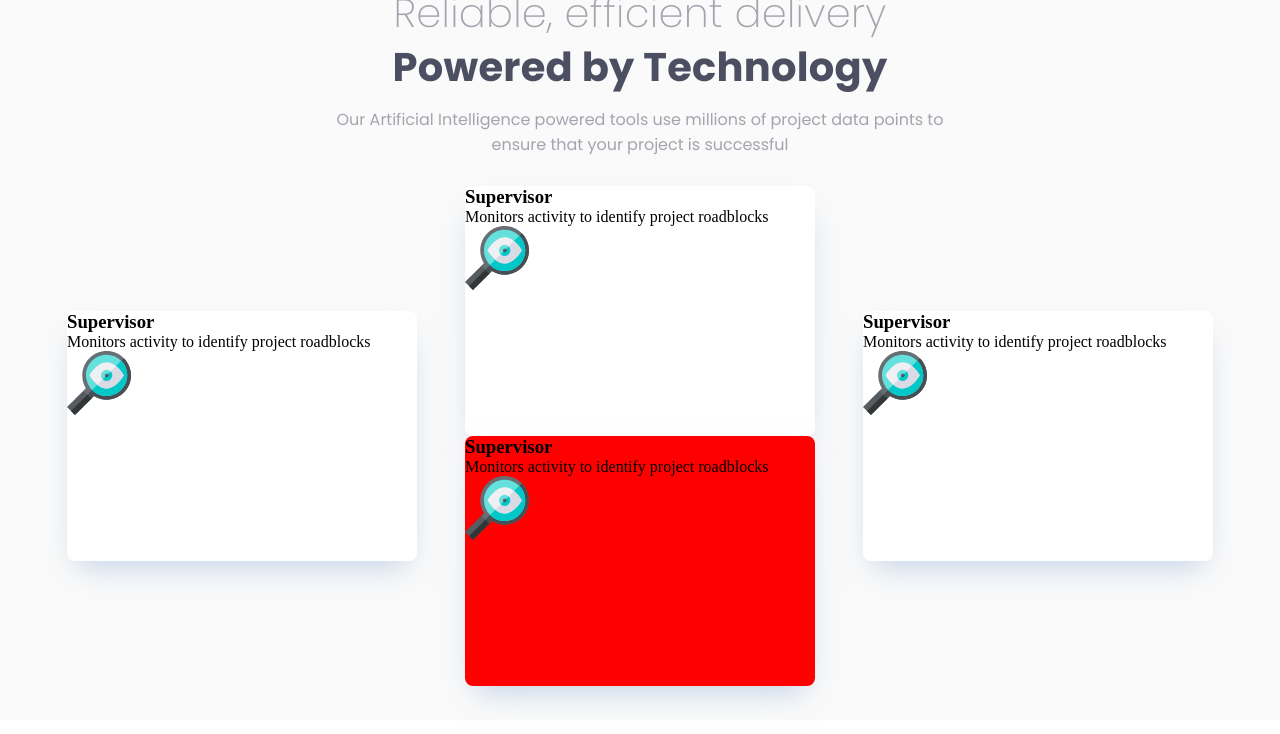
Repository: brandontaylor1/four-card-feature
Page: index.html
The author's editor kept a copy of each file at every save. The page is drawn from the files as they stood at one save, then again after the next save.
The browser window is 1280 px wide. The pictures show the whole page.

Above is the page before, as saved 2025-01-09 23:10:03.

### index.html
<!DOCTYPE html>
<html lang="en">
<head>
    <meta charset="UTF-8">
    <meta name="viewport" content="width=device-width, initial-scale=1.0">
    <link rel="preconnect" href="https://fonts.googleapis.com">
    <link rel="preconnect" href="https://fonts.gstatic.com" crossorigin>
    <link href="https://fonts.googleapis.com/css2?family=Poppins:ital,wght@0,100;0,200;0,300;0,400;0,500;0,600;0,700;0,800;0,900;1,100;1,200;1,300;1,400;1,500;1,600;1,700;1,800;1,900&display=swap" rel="stylesheet">
    <link rel="stylesheet" href="styles.css">
    <title>Four Card Feature</title>
</head>
<body>
    <main class="container">
        <section class="page-content">
            <h1>Reliable, efficient delivery</h1>
            <h2>Powered by Technology</h2>
            <p>Our Artificial Intelligence powered tools use millions of project data points to ensure that your project is successful</p>
        </section>
        <section class="column-container">
            <div class="card-column">
                <div class="card">
                    <h3>Supervisor</h3>
                    <p>Monitors activity to identify project roadblocks</p>
                    <img src="./assets/images/icon-supervisor.svg" alt="Supervisor Icon">
                </div>
            </div>

            <div class="card-column">
                <div class="card">
                    <h3>Supervisor</h3>
                    <p>Monitors activity to identify project roadblocks</p>
                    <img src="./assets/images/icon-supervisor.svg" alt="Supervisor Icon">
                </div>
                <div class="card">
                    <h3>Supervisor</h3>
                    <p>Monitors activity to identify project roadblocks</p>
                    <img src="./assets/images/icon-supervisor.svg" alt="Supervisor Icon">
                </div>
            </div>

            <div class="card-column">
                <div class="card">
                    <h3>Supervisor</h3>
                    <p>Monitors activity to identify project roadblocks</p>
                    <img src="./assets/images/icon-supervisor.svg" alt="Supervisor Icon">
                </div>
            </div>
        </section>
    </main>

</body>
</html>

### styles.css
* {
    margin: 0;
    padding: 0;
    box-sizing: border-box;
}

:root {
    --primary-red: hsl(0, 78%, 62%);
    --primary-cyan: hsl(180, 62%, 55%);
    --primary-orange: hsl(34, 97%, 64%);
    --primary-blue: hsl(212, 86%, 64%);

    --secondary-dark-blue: hsl(234, 12%, 34%);
    --secondary-grayish-blue: hsl(229, 6%, 66%);
    --secondary-light-gray: hsl(0, 0%, 98%);
}

.container {
    height: 100vh;
    display: flex;
    align-items: center;
    justify-content: center;
    flex-direction: column;
    background-color: #FAFAFA;
}

.page-content {
    display: flex;
    flex-direction: column;
    align-items: center;
    justify-content: space-between;
    height: 150px;
    width: 650px;
    margin-bottom: 50px;
}

.page-content h1 {
    font-size: 2.5rem;
    font-family: "Poppins", sans-serif;
    font-weight: 200;
    line-height: 54px;
    letter-spacing: .25px;
    color: var(--secondary-grayish-blue);
}

.page-content h2 {
    font-size: 2.5rem;
    font-family: "Poppins", sans-serif;
    font-weight: 700;
    line-height: 54px;
    letter-spacing: .25px;
    color: var(--secondary-dark-blue);
    margin-bottom: 13px;
}

.page-content p {
    font-size: 1rem;
    font-family: "Poppins", sans-serif;
    font-weight: 400;
    line-height: 25px;
    text-align: center;
    color: var(--secondary-grayish-blue);

}

.column-container {
    display: grid;
    justify-content: center;
    align-items: center;
    grid-template-columns: repeat(3, 1fr);
    grid-template-rows: repeat(2, auto);
    gap: 3rem;
}

.card:nth-child(2) {
    background-color: red;
}

.card {
    width: 350px;
    height: 250px;
    border-radius: 0.5rem;
    background: #FFF;
    box-shadow: 0px 15px 30px -11px rgba(131, 166, 210, 0.50);
}

After the next save:
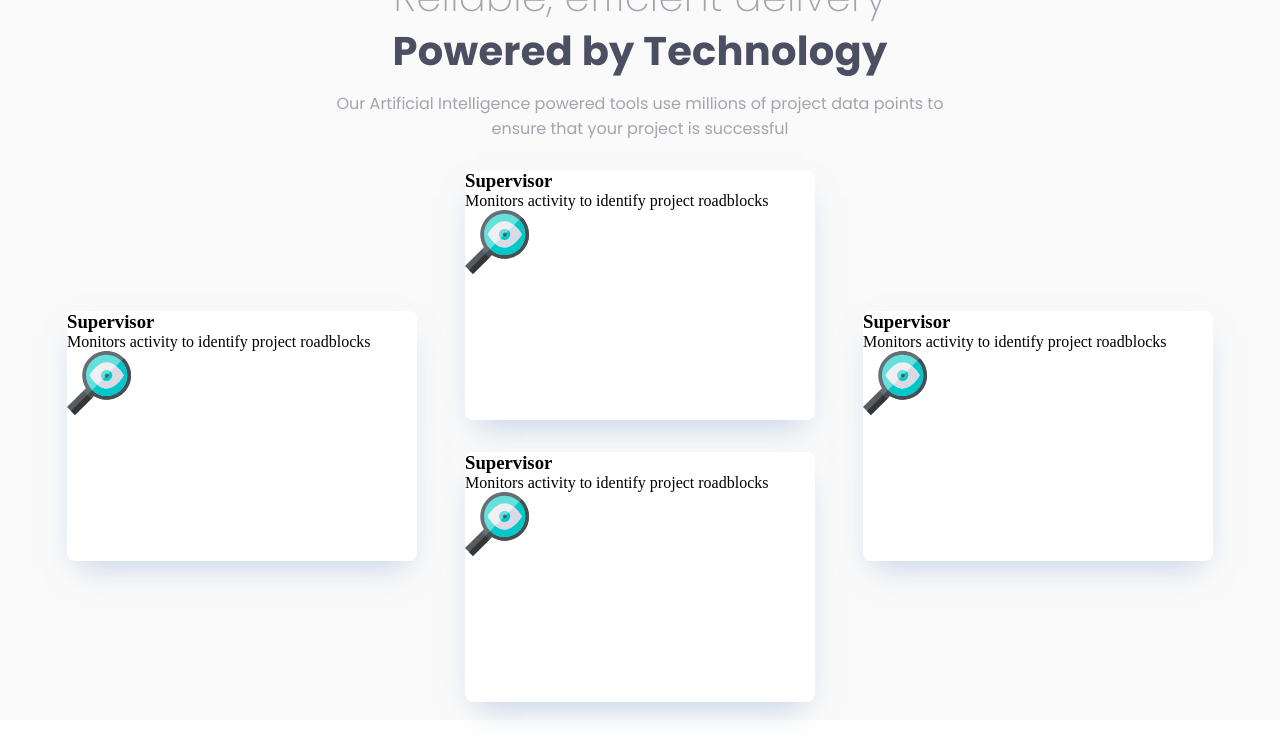
Saved 7 s later.
--- a/styles.css
+++ b/styles.css
@@ -73,7 +73,7 @@
 }
 
 .card:nth-child(2) {
-    background-color: red;
+    margin-top: 2rem;
 }
 
 .card {
